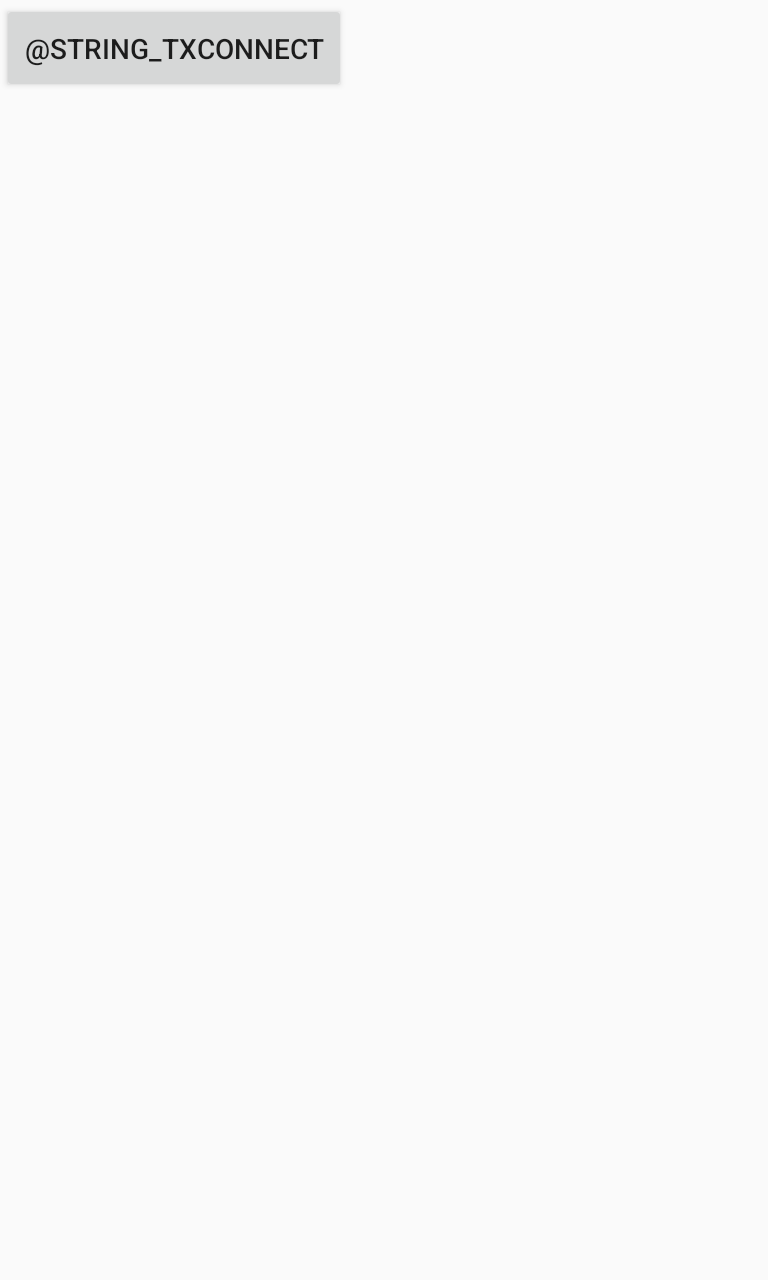
Repository: Vierco/Get_elements_from_web_and_caching
Layout: Guidelines_template/template/res/layout/hello.xml
The author's editor kept a copy of each file at every save. The layout is drawn from the files as they stood at one save, then again after the next save.
It is drawn on a 768 x 1280 px phone screen (xhdpi) without system bars, with theme AppTheme; the app's code is not run.

Above is the layout before, as saved 2014-05-01 20:05:34.

After the next save:
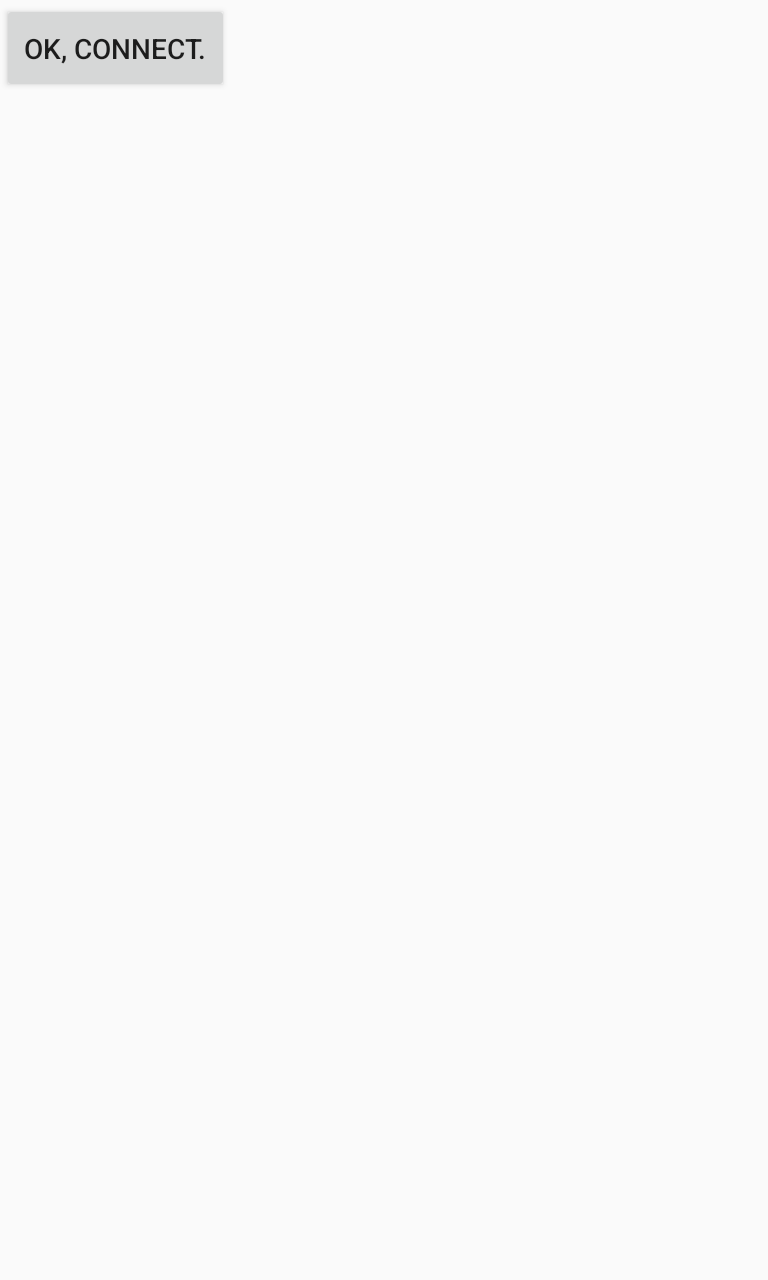
Saved 35 s later.
--- a/Guidelines_template/template/res/layout/hello.xml
+++ b/Guidelines_template/template/res/layout/hello.xml
@@ -10,6 +10,6 @@
         android:id="@+id/BT_connect"
         android:layout_width="wrap_content"
         android:layout_height="wrap_content"
-        android:text="@string_TXconnect" />
+        android:text="@string/TXconnect" />
 
 </FrameLayout>
